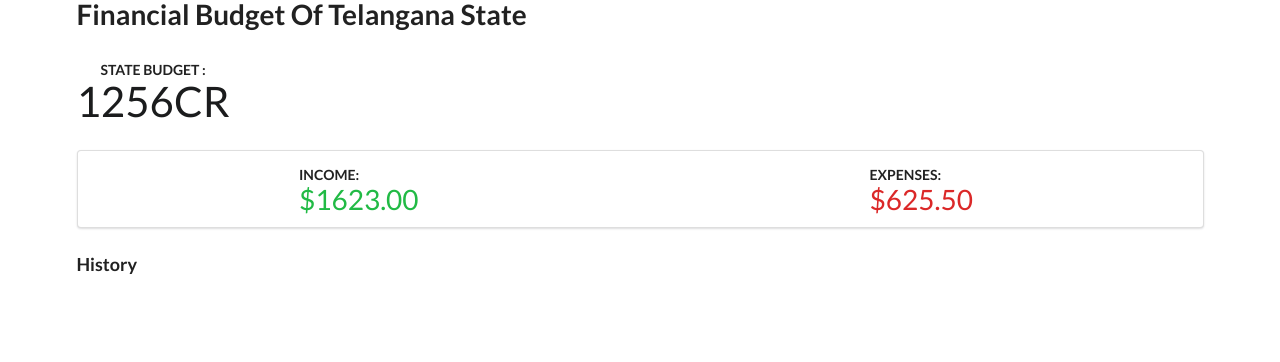
Repository: akHil07090709/advanced-react
Page: /
The author's editor kept a copy of each file at every save. The page is drawn from the files as they stood at one save, then again after the next save.
The browser window is 1280 px wide. The pictures show the whole page.
The project was rebuilt for these pictures with package versions that can differ from the ones it lists, and the page was loaded fresh each time. Also part of the build but not shown: src/App.css.

Above is the page before, as saved 2021-05-25 07:39:45.

### src/index.js
import React from "react";
import ReactDOM from "react-dom";
import "./index.css";
import App from "./App";
import "semantic-ui-css/semantic.min.css";

ReactDOM.render(
  <React.StrictMode>
    <App />
  </React.StrictMode>,
  document.getElementById("root")
);

// If you want to start measuring performance in your app, pass a function
// to log results (for example: reportWebVitals(console.log))
// or send to an analytics endpoint. Learn more: https://bit.ly/CRA-vitals

### src/App.js
import { Container, Grid, Header, Segment, Statistic } from "semantic-ui-react";
import "./App.css";

function App() {
  return (
    <Container>
      <Header as="h1">Financial Budget Of Telangana State</Header>
      <Statistic size="small">
        {/* A statistic can display a value with a label above or below it.*/}
        <Statistic.Label>State Budget : </Statistic.Label>
        <Statistic.Value>1256cr</Statistic.Value>
      </Statistic>
      <Segment textAlign="center">
        <Grid columns={2}>
          <Grid.Row>
            <Grid.Column>
              <Statistic size="tiny" color="green">
                <Statistic.Label style={{ textAlign: "left" }}>
                  Income:
                </Statistic.Label>
                <Statistic.Value>$1623.00</Statistic.Value>
              </Statistic>
            </Grid.Column>
            <Grid.Column>
              <Statistic size="tiny" color="red">
                <Statistic.Label style={{ textAlign: "left" }}>
                  Expenses:
                </Statistic.Label>
                <Statistic.Value>$625.50</Statistic.Value>
              </Statistic>
            </Grid.Column>
          </Grid.Row>
        </Grid>
      </Segment>
      <Header as="h3">History</Header>
    </Container>
  );
}

export default App;

Loaded but not shown: public/index.html (common file); src/index.css (common file)

After the next save:
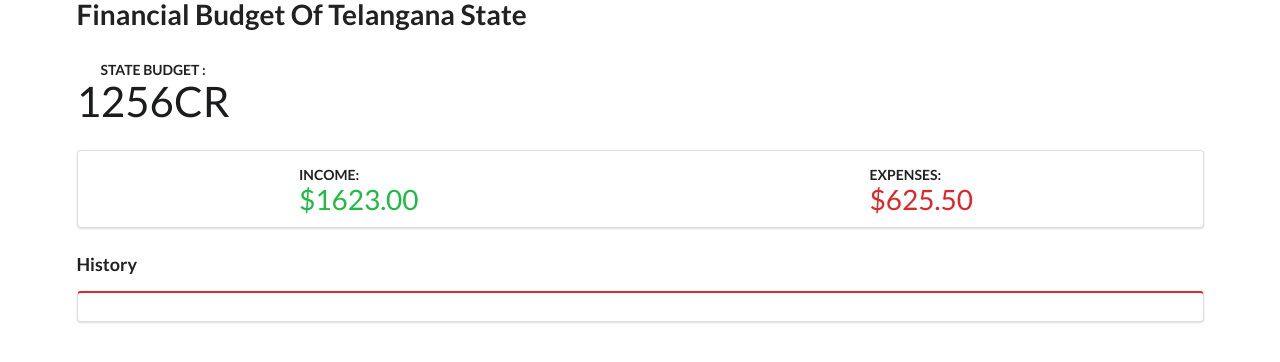
Saved 14 s later.
--- a/src/App.js
+++ b/src/App.js
@@ -33,6 +33,7 @@
         </Grid>
       </Segment>
       <Header as="h3">History</Header>
+      <Segment color="red"></Segment>
     </Container>
   );
 }
